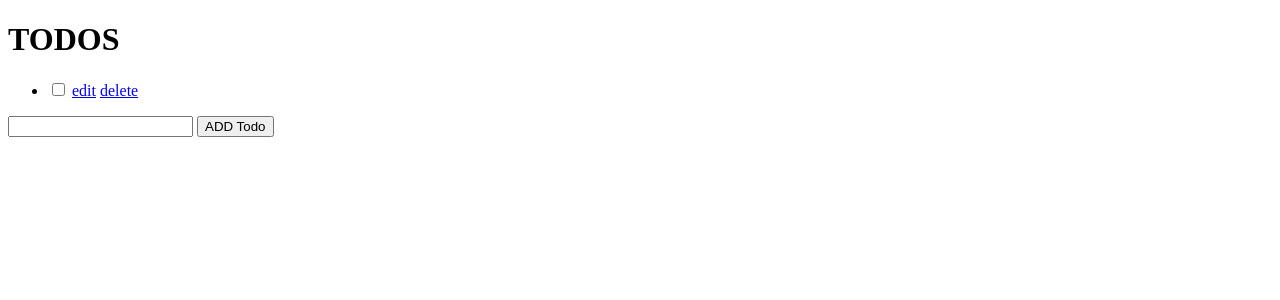
Repository: anonymous1508/todo
Page: http://localhost/
These files come from the project's save history. The page is drawn as it stood at one moment and after the next save; the edit follows.
The browser window is 1280 px wide. The pictures show the whole page.
The page is served by the project's application, run on Flask 3 (app.py).

Above is the page before, as saved 2023-04-05 11:42:01.

### todo/templates/index.html
<!DOCTYPE html>
<html lang="en">
<head>
    <meta charset="UTF-8">
    <meta http-equiv="X-UA-Compatible" content="IE=edge">
    <meta name="viewport" content="width=device-width, initial-scale=1.0">
    <title>My todo list</title>
</head>
<body>
    <h1>
        TODOS
    </h1>
    <ul>
        {%for todo in todos%}
        <li>
            <input type="checkbox" name="done"{% if todo['done'] %}checked {%endif%} onchange="this.form.submit()">
           <span {%if todo['done']%} style="text-decoration: line-through;"{%endif%} {{todo['task']}}></span>
           <a href="{{url_for('edit', index=loop.index0)}}">edit</a>
           <a href="{{url_for('delete', index=loop.index0)}}">delete</a>
        </li>
        {%endfor%}
    </ul>
    <form action="{{url_for('add')}}" method="post">
        <input type="text" names="todo">
        <button type="submit">ADD Todo</button>
    </form>

</body>
</html>

### todo/app.py
from flask import Flask ,render_template, request,redirect ,url_for

app=Flask(__name__,template_folder="templates")

todos=[{"task":"sample", "done":False}]



@app.route("/")

def index():
    return render_template("index.html", todos=todos)

@app.route("/add" ,methods=["POST"])
def add():
    todo = request.form['todo']
    todos.append({"task":todo, "done":False})
    return redirect(url_for("index"))
@app.route("/edit/<int:index>" ,methods=["GETS","POST"])
def edit(index):
    todo=todos[index]
    if request.method=="POST":
        todo['task']=request.form["todo"]
        return redirect(url_for("index"))
    else :
        return render_template("edit.html",todo=todo,index=index)

@app.route("/check/<int:index>")
def check(index):
    todos[index]['done']=not todos[index]['done']
    return redirect(url_for("index"))

@app.route("/delete/<int:index>")
def delete(index):
    del todos[index]
    redirect(url_for("index"))



if __name__ == '__main__':
    app.run(debug=True)

After the next save:
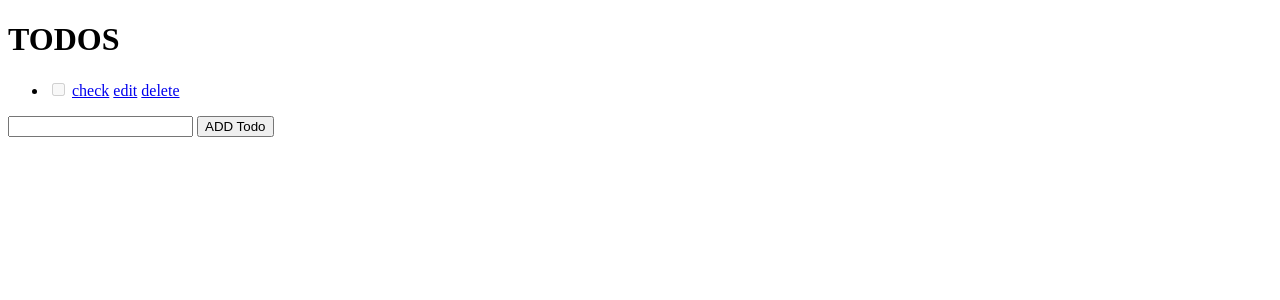
Saved 4 min 23 s later.
--- a/todo/templates/index.html
+++ b/todo/templates/index.html
@@ -13,8 +13,9 @@
     <ul>
         {%for todo in todos%}
         <li>
-            <input type="checkbox" name="done"{% if todo['done'] %}checked {%endif%} onchange="this.form.submit()">
+            <input type="checkbox" name="done"{% if todo['done'] %}checked {%endif%} disabled onchange="this.form.submit()">
            <span {%if todo['done']%} style="text-decoration: line-through;"{%endif%} {{todo['task']}}></span>
+           <a href="{{url_for('check', index=loop.index0)}}">check</a>
            <a href="{{url_for('edit', index=loop.index0)}}">edit</a>
            <a href="{{url_for('delete', index=loop.index0)}}">delete</a>
         </li>
